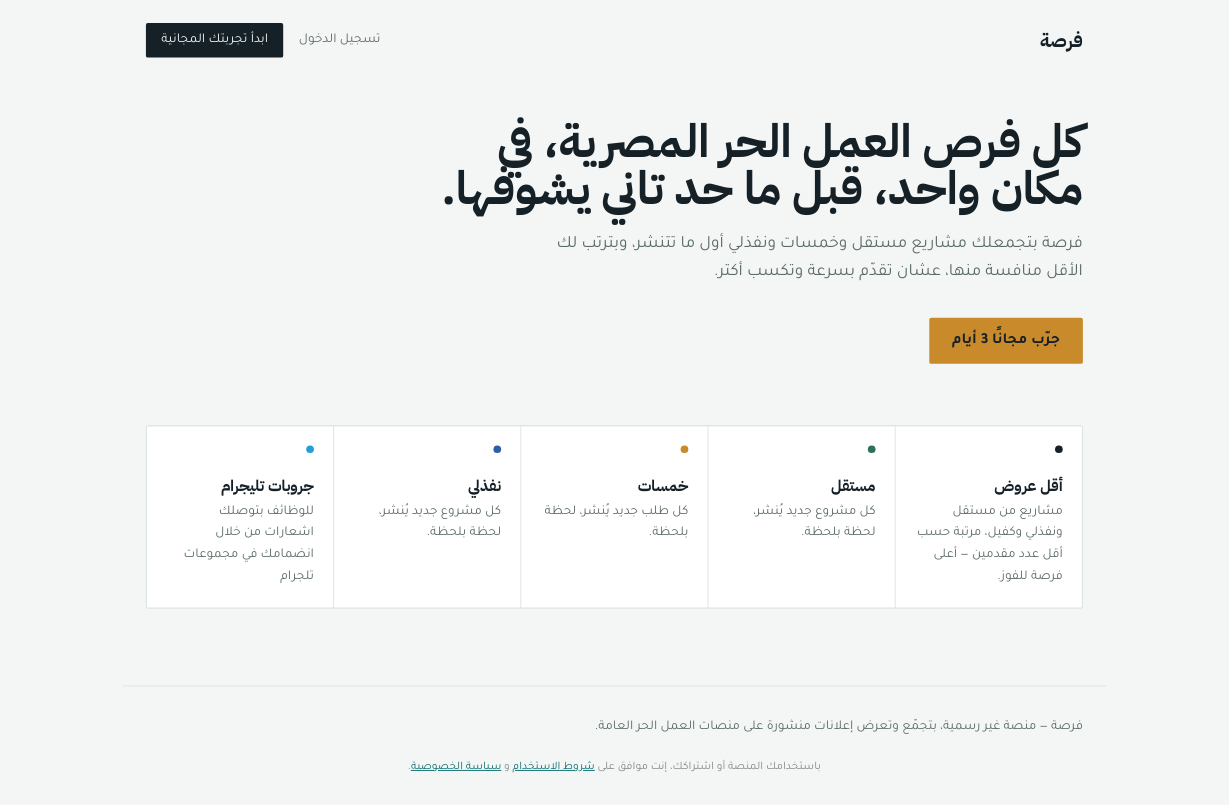
Repository: Omrtyurke123/forsa
Page: /
The author's editor kept a copy of each file at every save. The page is drawn from the files as they stood at one save, then again after the next save.
The browser window is 1280 px wide. The pictures show the whole page, at 96% of full size.
The project was rebuilt for these pictures with package versions that can differ from the ones it lists, and the page was loaded fresh each time. The framework's server and built-in components were replaced by stand-ins that run in the browser. Also part of the build but not shown: next.config.mjs.

Above is the page before, as saved 2026-10-15 20:58:04.

After the next save:
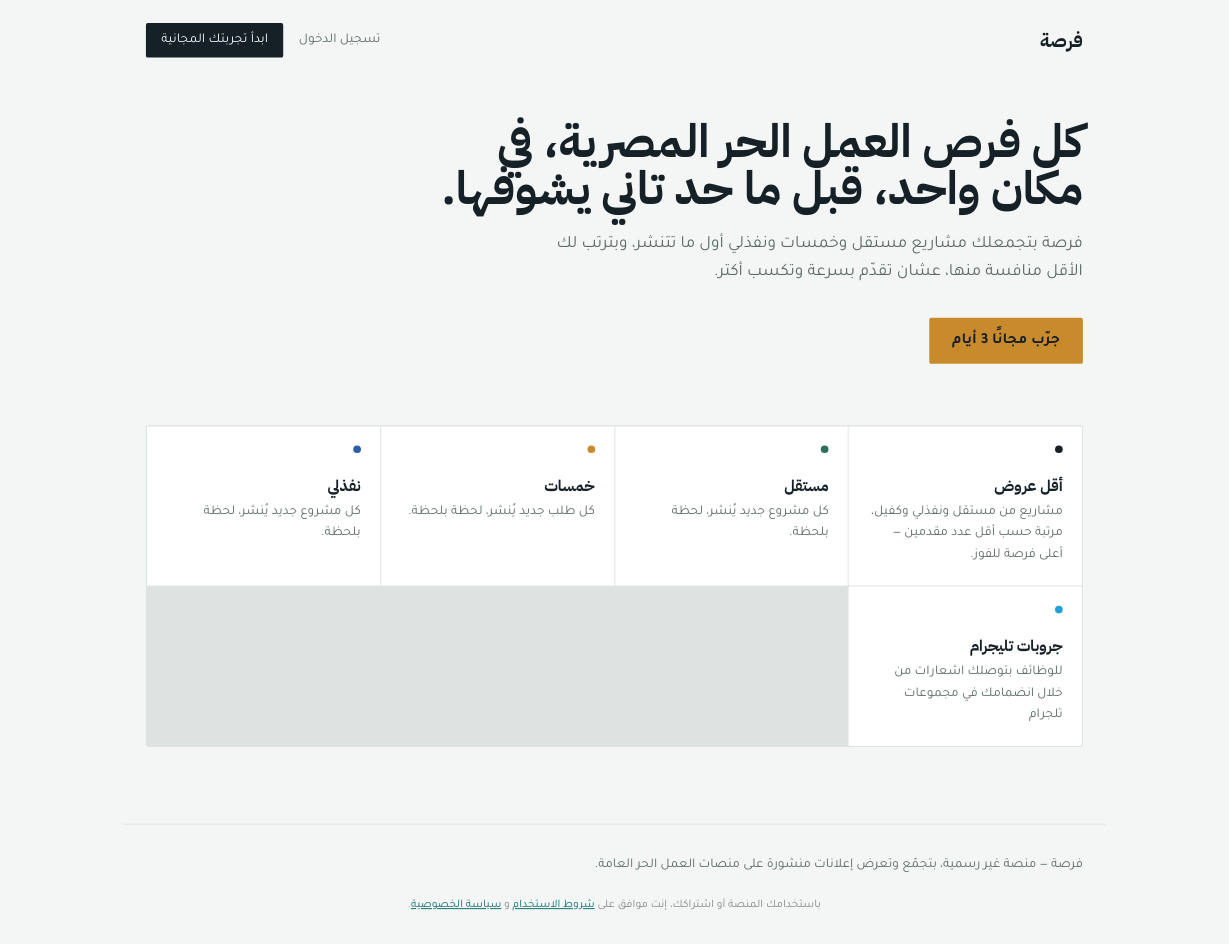
Saved 5 min 56 s later.
--- a/app/page.js
+++ b/app/page.js
@@ -51,7 +51,7 @@
       </section>
 
       <section className="max-w-5xl mx-auto px-6 pb-20">
-        <div className="grid grid-cols-2 md:grid-cols-3 lg:grid-cols-5 gap-px bg-line border border-line rounded-sm overflow-hidden">
+        <div className="grid md:grid-cols-4 gap-px bg-line border border-line rounded-sm overflow-hidden">
           {sections.map((s) => (
             <div key={s.name} className="bg-panel p-5">
               <span className={`inline-block w-2 h-2 rounded-full ${s.color} mb-3`} />

After the save that followed:
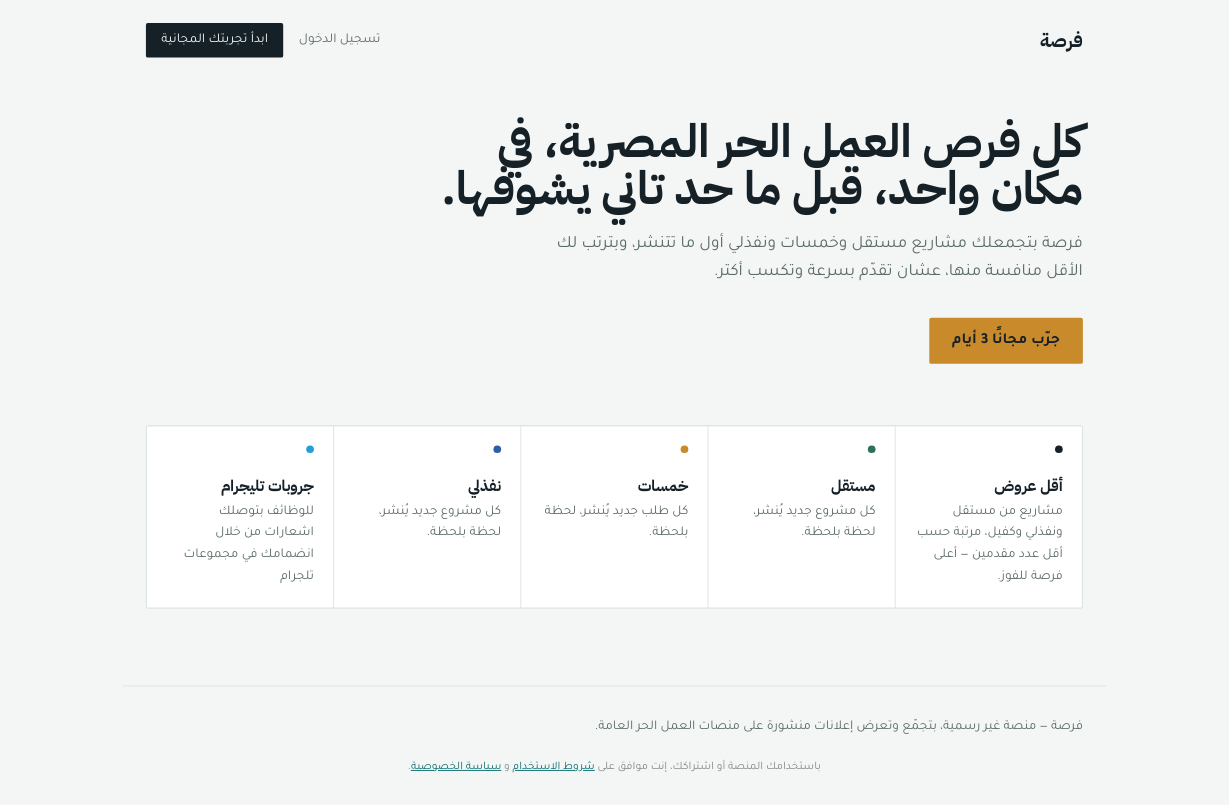
Saved 16 s later.
--- a/app/page.js
+++ b/app/page.js
@@ -51,7 +51,7 @@
       </section>
 
       <section className="max-w-5xl mx-auto px-6 pb-20">
-        <div className="grid md:grid-cols-4 gap-px bg-line border border-line rounded-sm overflow-hidden">
+        <div className="grid grid-cols-2 md:grid-cols-3 lg:grid-cols-5 gap-px bg-line border border-line rounded-sm overflow-hidden">
           {sections.map((s) => (
             <div key={s.name} className="bg-panel p-5">
               <span className={`inline-block w-2 h-2 rounded-full ${s.color} mb-3`} />
